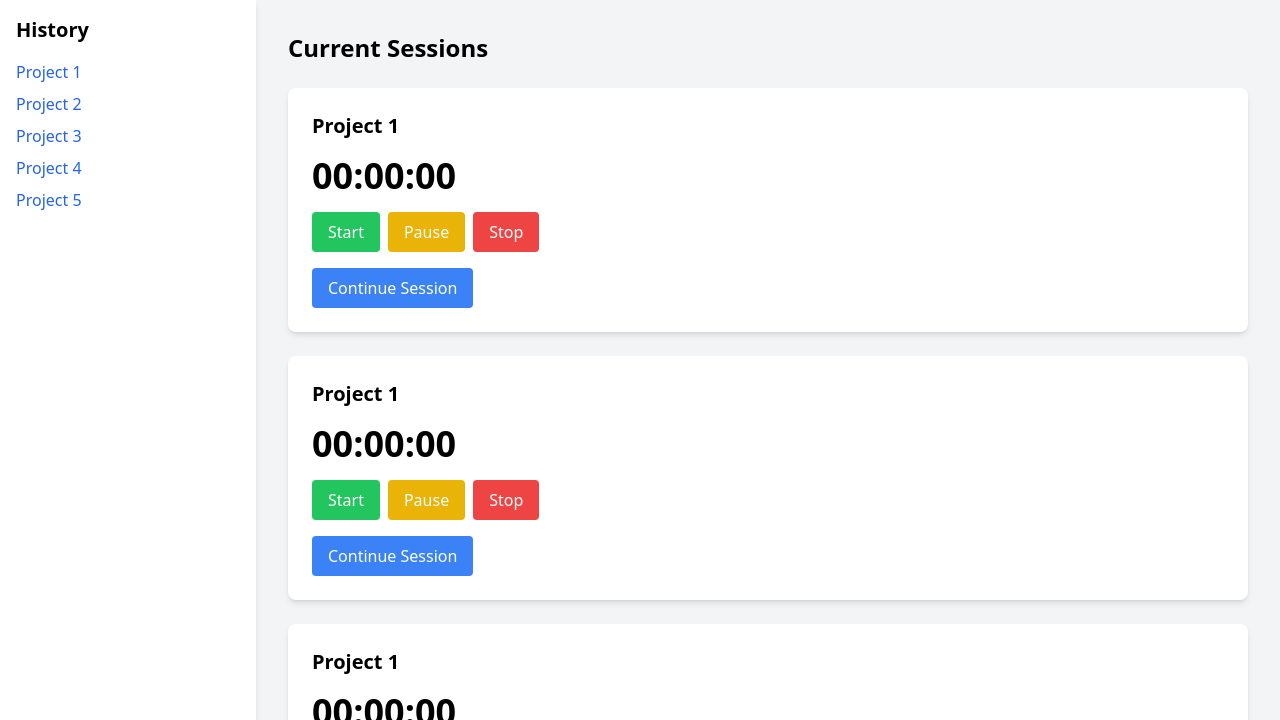
Repository: Mordecaied/Issac
Page: /dashboard (app in frontend/)
The author's editor kept a copy of each file at every save. The page is drawn from the files as they stood at one save, then again after the next save.
The browser window is 1280 px wide. The pictures show the whole page.
An inner scrolling area shows only its first screen. The project was rebuilt for these pictures with package versions that can differ from the ones it lists, and the page was loaded fresh each time.

Above is the page before, as saved 2024-08-05 15:59:48.

After the next save:
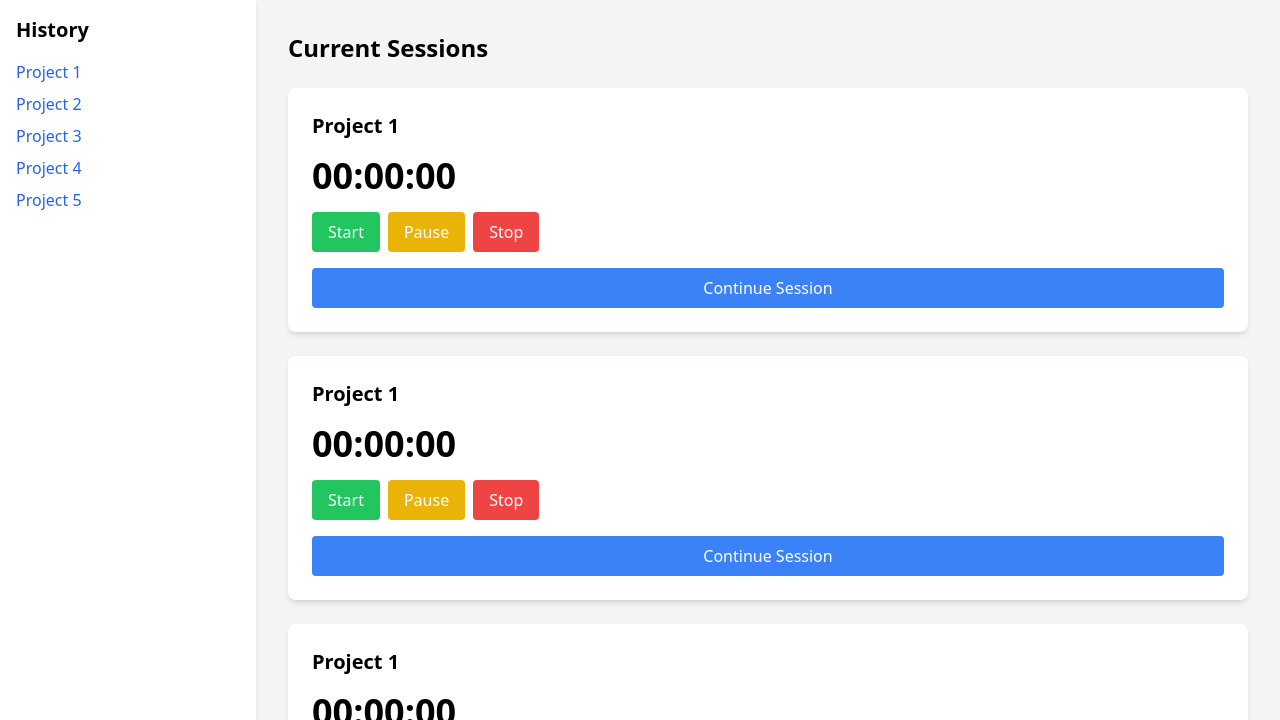
Saved 13 s later.
--- a/frontend/src/components/TimeTracking.tsx
+++ b/frontend/src/components/TimeTracking.tsx
@@ -41,24 +41,24 @@ const TimeTracker: React.FC<TimeTrackerProps> = ({ projectName }) => {
       <div className="flex space-x-2 mb-4">
         <button
           onClick={handleStart}
-          className="bg-green-500 text-white px-4 py-2 rounded hover:bg-green-600"
+          className="bg-green-500 text-white px-4 py-2 rounded"
         >
           Start
         </button>
         <button
           onClick={handlePause}
-          className="bg-yellow-500 text-white px-4 py-2 rounded hover:bg-yellow-600"
+          className="bg-yellow-500 text-white px-4 py-2 rounded"
         >
           Pause
         </button>
         <button
           onClick={handleStop}
-          className="bg-red-500 text-white px-4 py-2 rounded hover:bg-red-600"
+          className="bg-red-500 text-white px-4 py-2 rounded"
         >
           Stop
         </button>
       </div>
-      <button className="bg-blue-500 text-white px-4 py-2 rounded hover:bg-blue-600">
+      <button className="bg-blue-500 text-white px-4 py-2 rounded w-full">
         Continue Session
       </button>
     </div>
